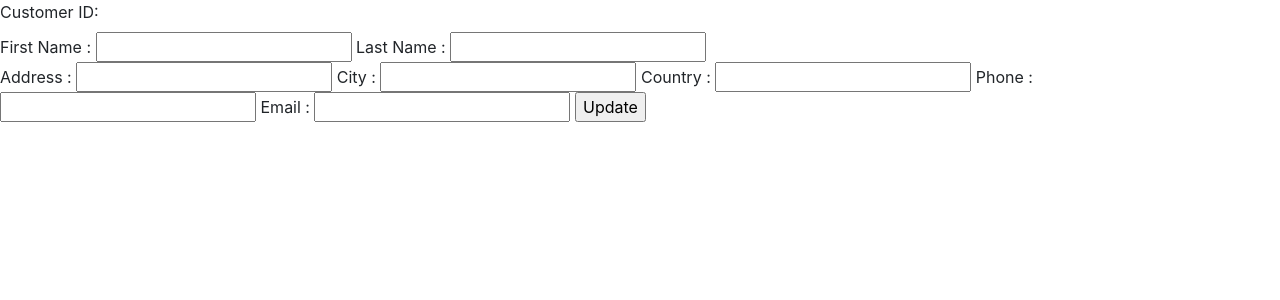
Repository: hassaanbk/CruiseBookingAndManaging
Page: http://localhost/edit
An editor plug-in stored every save of this project. The page is shown before and after the next save, followed by the edit.
The browser window is 1280 px wide. The pictures show the whole page.
The page is this project's Thymeleaf template; nobody is signed in. The template is opened directly, without the code that normally fills it, so the values that code supplies are empty.

Above is the page before, as saved 2022-12-13 04:41:25.

### CustomerMicroService/src/main/resources/templates/edit.html
<!DOCTYPE html>

<html xmlns:th="http://www.thymeleaf.org">

<head>

	<meta charset="ISO-8859-1">

	<title>Edit</title>
<link rel="stylesheet" href="https://cdn.jsdelivr.net/npm/bootstrap@4.3.1/dist/css/bootstrap.min.css" integrity="sha384-ggOyR0iXCbMQv3Xipma34MD+dH/1fQ784/j6cY/iJTQUOhcWr7x9JvoRxT2MZw1T" crossorigin="anonymous">

</head>

<body>

	Customer ID:<h1 th:text="${customer.custId}"></h1>

	<form action="update" method="POST">

		First Name : <input type="text" name="firstName" />

		Last Name : <input type="text" name="lastName" /></br>

		Address : <input type="text" name="address" />

		City : <input type="text" name="city" />

		Country : <input type="text" name="country" />

		Phone : <input type="text" name="phone" />

		Email : <input type="email" name="email" />

		<input type="submit" name="Edit Profile" value="Update" />
	</form>
</body>

</html>

After the next save:
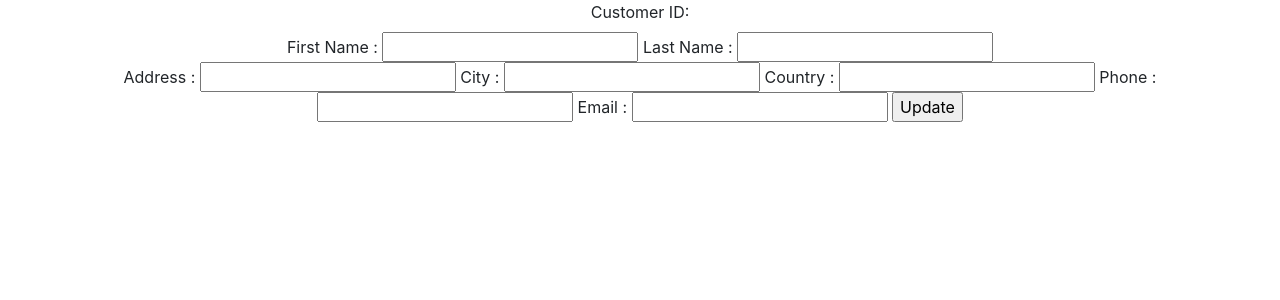
Saved 49 s later.
--- a/CustomerMicroService/src/main/resources/templates/edit.html
+++ b/CustomerMicroService/src/main/resources/templates/edit.html
@@ -11,7 +11,7 @@
 
 </head>
 
-<body>
+<body class="container-fluid text-center">
 
 	Customer ID:<h1 th:text="${customer.custId}"></h1>
 
